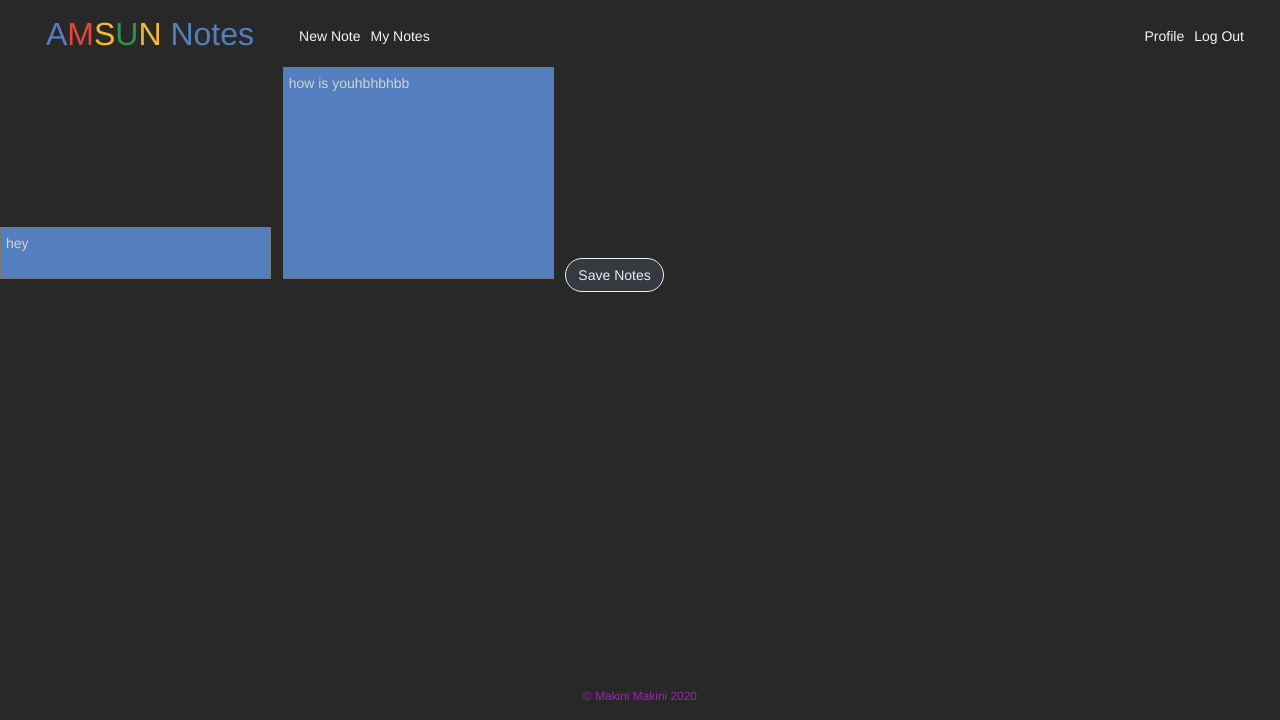
Repository: MakiniMakini/AMSUN-NOTES
Page: http://localhost/22/edit
The author's editor kept a copy of each file at every save. The page is drawn from the files as they stood at one save, then again after the next save.
The browser window is 1280 px wide. The pictures show the whole page.
Some web fonts or font styles are not loaded; a fallback is used. The page is served by the project's application, run on Flask 3 (application.py). The session is filled in as if someone had signed in: {"user_id": 1}. The page reads the database file committed with the project.

Above is the page before, as saved 2020-12-25 13:07:25.

After the next save:
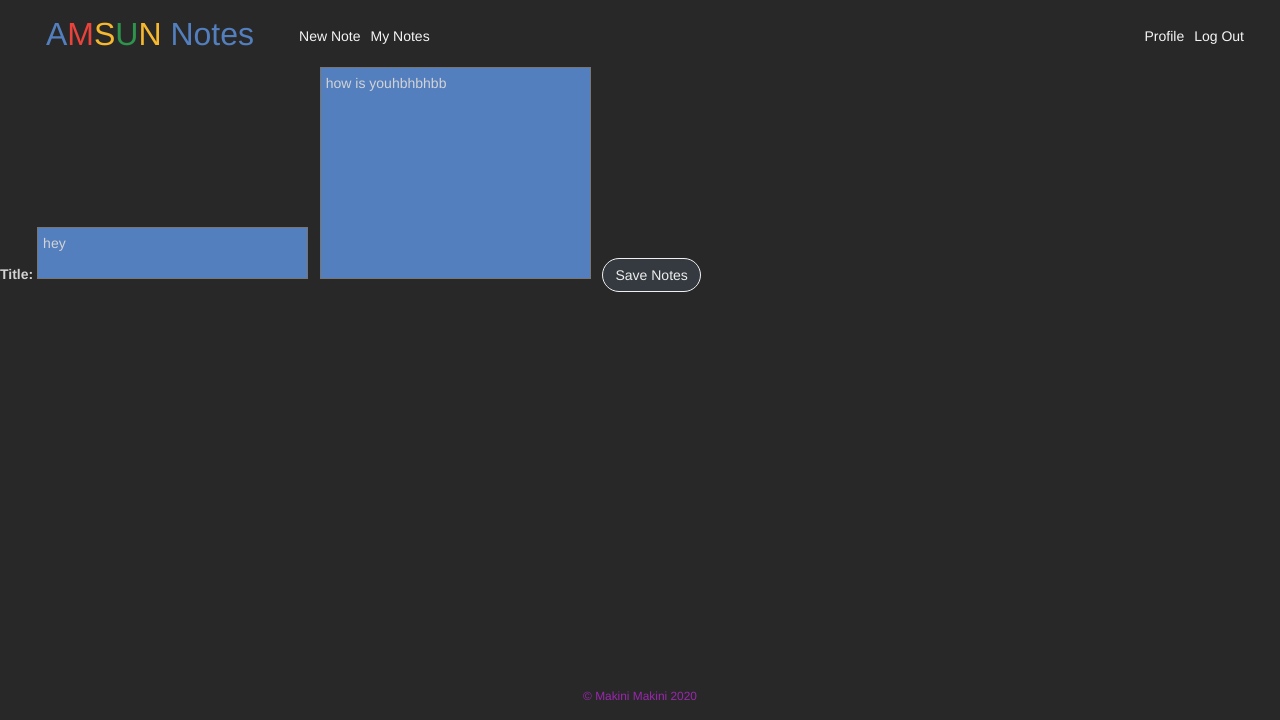
Saved 44 s later.
--- a/templates/edit.html
+++ b/templates/edit.html
@@ -12,7 +12,7 @@
             {% for item in notes %}
 
             <form action="/{{item[0]}}/edit" method="POST">
-              <textarea name="title" id="" cols="30" rows="2" placeholder="title" type="text" >{{item[1]}}</textarea> &nbsp; <textarea name="notes" id="" cols="30" rows="10" placeholder="notes" type="text">{{item[2]}}</textarea> &nbsp;
+             <label for="title">Title:</label>  <textarea name="title" id="" cols="30" rows="2" placeholder="title" type="text" >{{item[1]}}</textarea> &nbsp; <textarea name="notes" id="" cols="30" rows="10" placeholder="notes" type="text">{{item[2]}}</textarea> &nbsp;
               <button class="btn btn-primary bg-dark" type="submit">Save Notes</button>
             </form>
 
